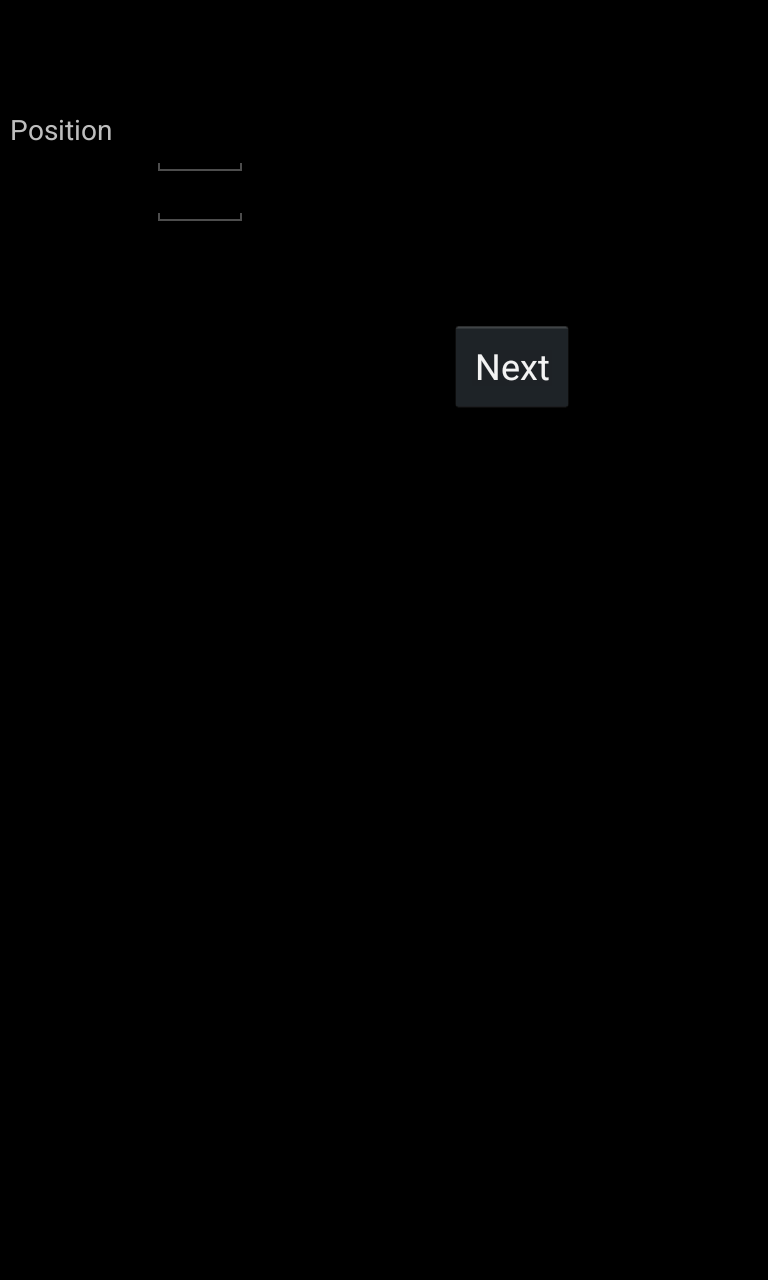
Repository: MobileAffairsLTD/AndroidDemos
Layout: 2.UI_Toast_Alert/res/layout/main.xml
An editor plug-in stored every save of this project. The layout is shown before and after the next save, followed by the edit.
It is drawn on a 768 x 1280 px phone screen (xhdpi) without system bars, with theme android:Theme.Holo; the app's code is not run.

Above is the layout before, as saved 2012-04-17 20:35:34.

After the next save:
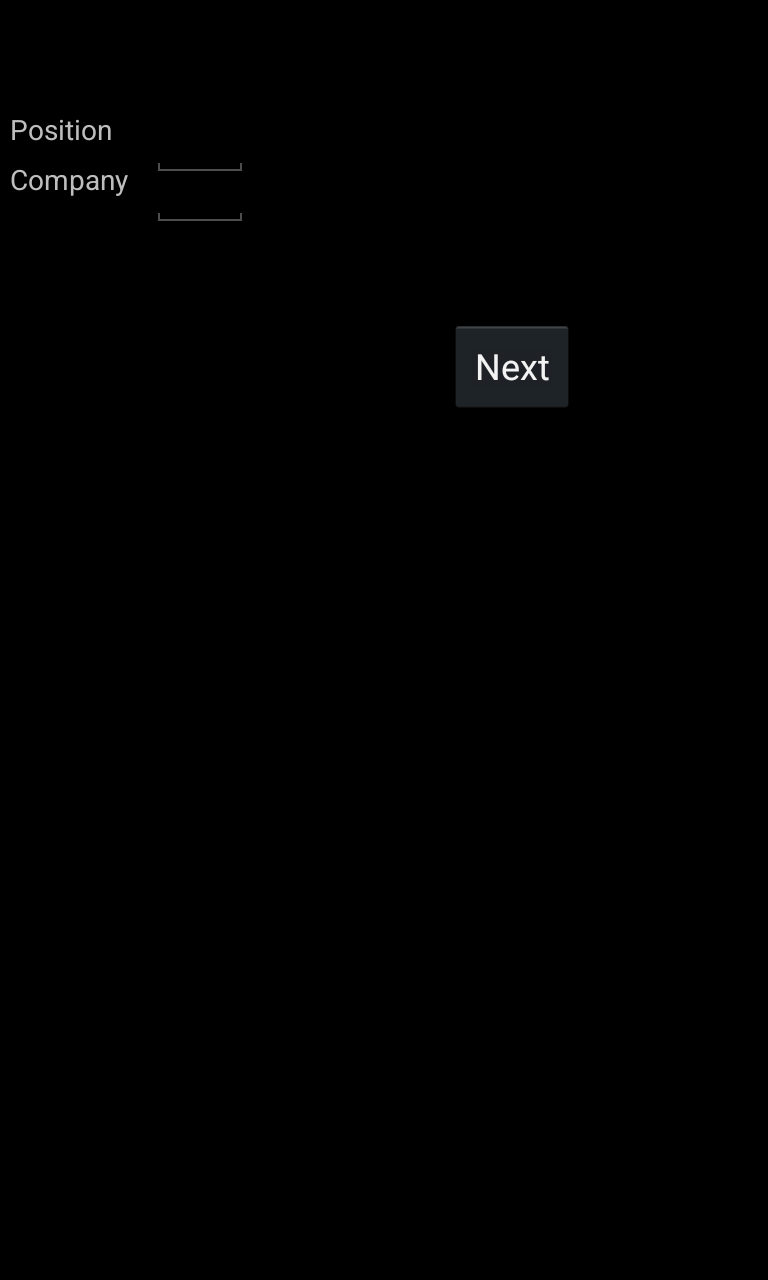
Saved 5 s later.
--- a/2.UI_Toast_Alert/res/layout/main.xml
+++ b/2.UI_Toast_Alert/res/layout/main.xml
@@ -16,7 +16,7 @@
 	    <TextView
 	    	android:layout_x="10px"
 	    	android:layout_y="160px"
-	    	android:text=""
+	    	android:text="Company"
 	    	android:layout_width="wrap_content"
 	    	android:layout_height="wrap_content" />
 	    	<EditText
